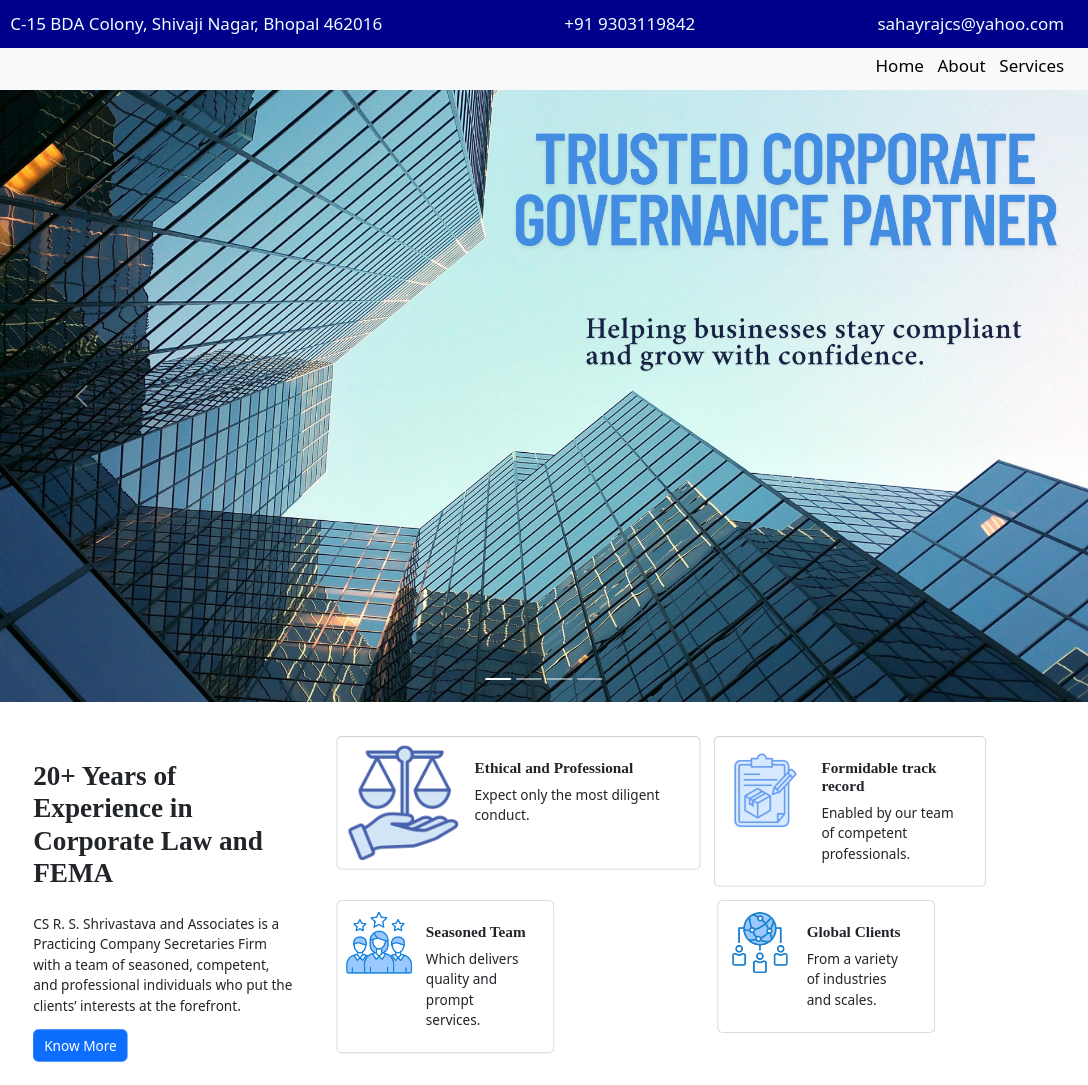
Repository: aayushiss/CS-RSS
Page: index.html
The author's editor kept a copy of each file at every save. The page is drawn from the files as they stood at one save, then again after the next save.
The browser window is 1280 px wide. The pictures show the whole page, at 85% of full size.

Above is the page before, as saved 2025-05-14 23:34:04.

### index.html
<!DOCTYPE html>
<html lang="en">

<head>
    <meta charset="UTF-8">
    <meta name="viewport" content="width=device-width, initial-scale=1.0">
    <title>R. S. Shrivastava</title>
    <link href="https://cdn.jsdelivr.net/npm/bootstrap@5.3.3/dist/css/bootstrap.min.css" rel="stylesheet"
        integrity="sha384-QWTKZyjpPEjISv5WaRU9OFeRpok6YctnYmDr5pNlyT2bRjXh0JMhjY6hW+ALEwIH" crossorigin="anonymous">
    <link rel="stylesheet" type="text/css" href="style.css">
</head>

<body>
    <nav class="navbar fixed-top custom-navbar">
        <div class="container-fluid d-flex justify-content-between">
            <a class="navbar-brand" href="#">C-15 BDA Colony, Shivaji Nagar, Bhopal 462016</a>
            <a class="navbar-brand" href="#">+91 9303119842</a>
            <a class="navbar-brand" href="#">sahayrajcs@yahoo.com</a>
        </div>
    </nav>
    <div class="navbar-space"></div>

    <nav class="navbar sticky-top second-navbar bg-light">
        <div class="container-fluid d-flex justify-content-end">
          <a class="navbar-brand" href="#">Home</a>
          <a class="navbar-brand" href="about.html">About</a>
          <a class="navbar-brand" href="#">Services</a>
        </div>
      </nav>

      <!-- <div class="card text-bg-dark custom-card">
        <img src="images/haveAQuery.avif" class="card-img" alt="...">
        <div class="card-img-overlay">
          <h5 class="card-title">Have a Query?</h5>
          <p class="card-text">This is a wider card with supporting text below as a natural lead-in to additional content. This content is a little bit longer.</p>
          <p class="card-text"><small>Last updated 3 mins ago</small></p>
        </div>
      </div> -->

      <div id="carouselExampleCaptions" class="carousel slide">
        <div class="carousel-indicators">
          <button type="button" data-bs-target="#carouselExampleCaptions" data-bs-slide-to="0" class="active" aria-current="true" aria-label="Slide 1"></button>
          <button type="button" data-bs-target="#carouselExampleCaptions" data-bs-slide-to="1" aria-label="Slide 2"></button>
          <button type="button" data-bs-target="#carouselExampleCaptions" data-bs-slide-to="2" aria-label="Slide 3"></button>
          <button type="button" data-bs-target="#carouselExampleCaptions" data-bs-slide-to="3" aria-label="Slide 4"></button>
        </div>
        <div class="carousel-inner">
          <div class="carousel-item active">
            <img src="images/Trusted corporate governance partner.png" class="d-block w-100" alt="...">
            <div class="carousel-caption d-none d-md-block">
              <!-- <h5>First slide label</h5>
              <p>Some representative placeholder content for the first slide.</p> -->
            </div>
          </div>
          <div class="carousel-item">
            <img src="images/LegalConsultancy.png" class="d-block w-100" alt="...">
          </div>
          <div class="carousel-item">
            <img src="images/companyIncorporation.png" class="d-block w-100" alt="...">
          </div>
          <div class="carousel-item">
            <img src="images/annualFilingReturn.png" class="d-block w-100" alt="...">
          </div>
        </div>
        <button class="carousel-control-prev" type="button" data-bs-target="#carouselExampleCaptions" data-bs-slide="prev">
          <span class="carousel-control-prev-icon" aria-hidden="true"></span>
          <span class="visually-hidden">Previous</span>
        </button>
        <button class="carousel-control-next" type="button" data-bs-target="#carouselExampleCaptions" data-bs-slide="next">
          <span class="carousel-control-next-icon" aria-hidden="true"></span>
          <span class="visually-hidden">Next</span>
        </button>
      </div>
      <div class="container-fluid" style="padding-top: 40px;">

          <div class="row">
            <div class="col-auto" style="width: 30vw;">
              <div class="card" style="border-color: white;">
                <div class="card-body">
                  <h5 class="card-title">20+ Years of
                    Experience in Corporate Law and FEMA</h5>
                  <p class="card-text" style="padding-top: 20px">CS R. S. Shrivastava and Associates is a Practicing Company Secretaries Firm with a team of seasoned, competent, and professional individuals who put the clients’ interests at the forefront.</p>
                  <a href="about.html" class="btn btn-primary">Know More</a>
                </div>
              </div>
            </div>
            <div class="col">
              <div class="row row-cols-2 g-3">
                <div class="col">
                  <div class="card mb-3">
                    <div class="row g-0">
                      <div class="col-md-4">
                        <img src="images/8629542.png" class="img-fluid rounded-start" alt="...">
                      </div>
                      <div class="col-md-8">
                        <div class="card-body">
                          <h5 class="card-title">Ethical and Professional</h5>
                          <p class="card-text">Expect only the most diligent conduct.</p>
                        </div>
                      </div>
                    </div>
                  </div>
                </div>
                <div class="col">
                  <div class="card mb-3" style="width: 25vw;">
                    <div class="row g-0">
                      <div class="col-md-4">
                        <img src="images/16919209.png" class="img-fluid rounded-start" alt="...">
                      </div>
                      <div class="col-md-8">
                        <div class="card-body">
                          <h5 class="card-title">Formidable track record</h5>
                          <p class="card-text">Enabled by our team of competent professionals.</p>
                        </div>
                      </div>
                    </div>
                  </div>
                </div>
              </div>
              <div class="row">
                <div class="col">
                  <div class="card mb-3" style="width: 20vw;">
                    <div class="row g-0">
                      <div class="col-md-4">
                        <img src="images/images.png" class="img-fluid rounded-start" alt="...">
                      </div>
                      <div class="col-md-8">
                        <div class="card-body">
                          <h5 class="card-title">Seasoned Team
                          </h5>
                          <p class="card-text">Which delivers quality and prompt services.</p>
                        </div>
                      </div>
                    </div>
                  </div>
                </div>
                <div class="col">
                  <div class="card mb-3" style="width: 20vw;">
                    <div class="row g-0">
                      <div class="col-md-4">
                        <img src="images/11743537.png" class="img-fluid rounded-start" alt="...">
                      </div>
                      <div class="col-md-8">
                        <div class="card-body">
                          <h5 class="card-title">Global Clients
                          </h5>
                          <p class="card-text">From a variety of industries and scales.</p>
                        </div>
                      </div>
                    </div>
                  </div>
                </div>
              </div>
            </div>
          </div>

      </div>

    <script src="https://cdn.jsdelivr.net/npm/bootstrap@5.3.3/dist/js/bootstrap.bundle.min.js"
        integrity="sha384-YvpcrYf0tY3lHB60NNkmXc5s9fDVZLESaAA55NDzOxhy9GkcIdslK1eN7N6jIeHz"
        crossorigin="anonymous"></script>
</body>

</html>

### style.css
.custom-navbar {
    background-color: darkblue;
}

.custom-navbar .navbar-brand {
    color: azure;
}

.navbar-space {
    margin-top: 50px;
}

.second-navbar .navbar-brand{
    color: black;
}

.custom-card{
    height: 25vh;
}

.custom-card .card-img{
    height: 100%;
    object-fit: cover;
}

.container-fluid .card{
    padding: 10px;
}
.container-fluid .card-title{
font-family: 'Times New Roman', Times, serif;
font-weight: bold;
font-size: xx-large;
}

.container-fluid .col-md-8 .card-title{
font-family: 'Times New Roman', Times, serif;
font-size: large;
}

After the next save:
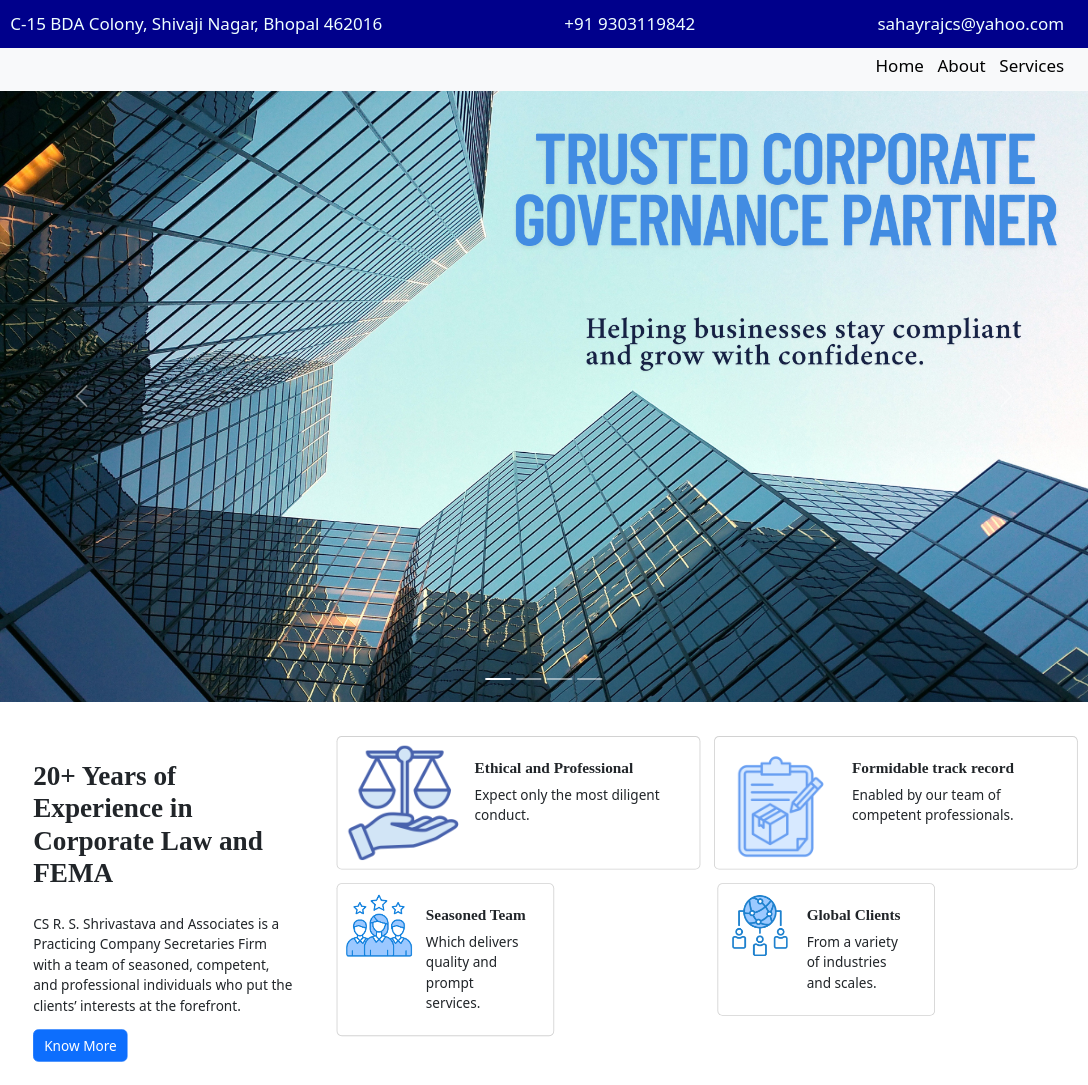
Saved 23 s later.
--- a/index.html
+++ b/index.html
@@ -102,7 +102,7 @@
                   </div>
                 </div>
                 <div class="col">
-                  <div class="card mb-3" style="width: 25vw;">
+                  <div class="card mb-3">
                     <div class="row g-0">
                       <div class="col-md-4">
                         <img src="images/16919209.png" class="img-fluid rounded-start" alt="...">
